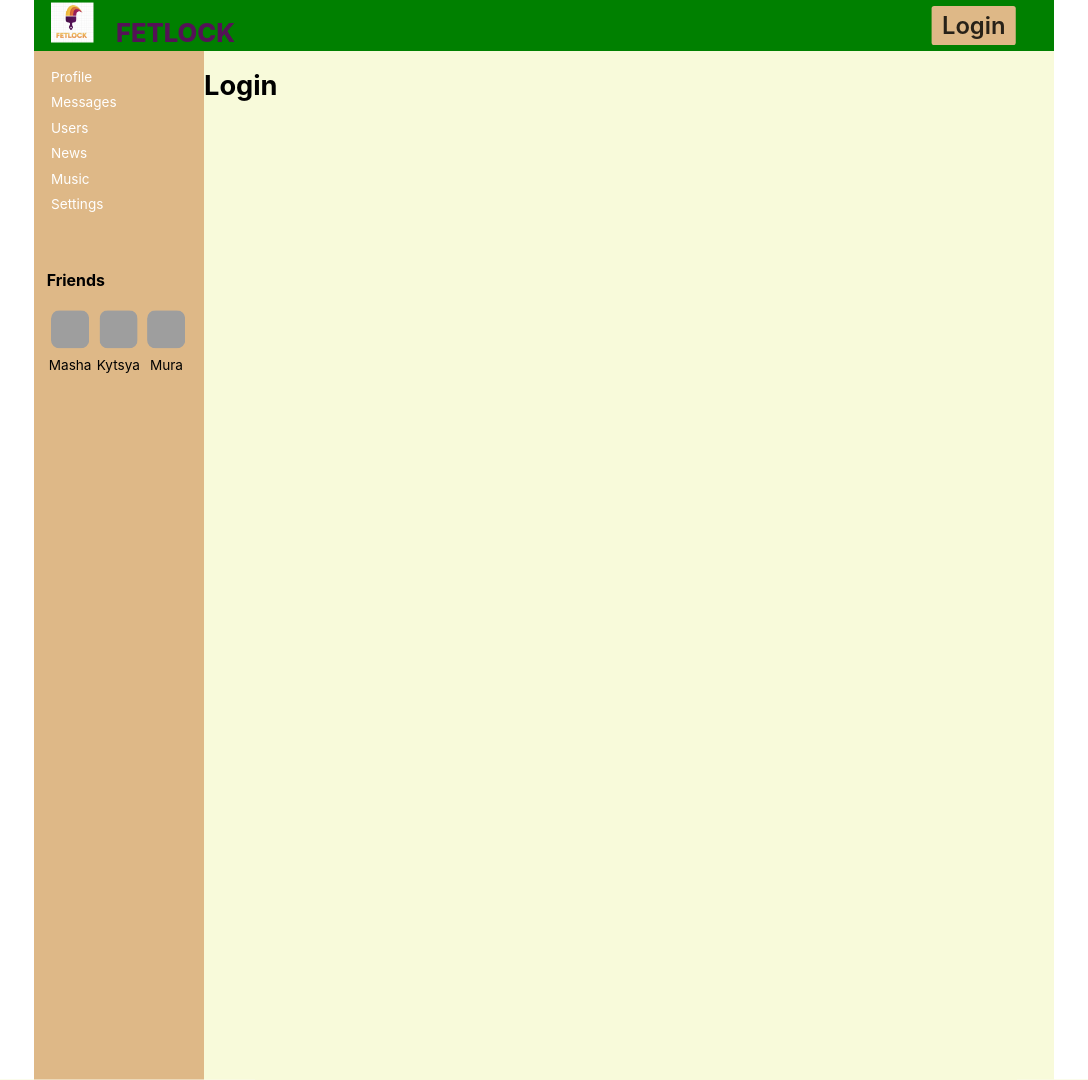
Repository: tetianatsymbal/react-way-of-samurai
Page: /dialogs
These files come from the project's save history. The page is drawn as it stood at one moment and after the next save; the edit follows.
The browser window is 1280 px wide. The pictures show the whole page, at 85% of full size.
Pictures or frames that could not be fetched are drawn as grey boxes. The page's requests for data from a server got no answer. The project was rebuilt for these pictures with package versions that can differ from the ones it lists, and the page was loaded fresh each time. No one was signed in, and anything a server would have sent is missing. Also part of the build but not shown: src/hoc/withAuthRedirect.js, src/components/Dialogs/Dialogs.module.css, src/components/Dialogs/DialogItem/DialogItem.module.css, src/components/Dialogs/DialogItem/DialogItem.jsx, src/components/Dialogs/Message/Message.module.css, src/components/Dialogs/Message/Message.jsx, src/components/Music/Music.jsx, src/components/News/News.module.css and 16 more.

Above is the page before, as saved 2022-08-13 23:37:08.

### src/index.js
import * as serviceWorker from "./serviceWorker";
import store from "./redux/redux-store";
import React from "react";
import ReactDOM from "react-dom";
import "./index.css";
import App from "./App";
import { BrowserRouter } from "react-router-dom";
import { Provider } from "react-redux";

ReactDOM.render(
  <BrowserRouter>
    <Provider store={store}>
      <App/>
    </Provider>
  </BrowserRouter>,
  document.getElementById("root")
);

// If you want your app to work offline and load faster, you can change
// unregister() to register() below. Note this comes with some pitfalls.
// Learn more about service workers: http://bit.ly/CRA-PWA
serviceWorker.unregister();

### src/redux/redux-store.js
import { applyMiddleware, combineReducers, legacy_createStore as createStore } from "redux";
import profileReducer from "./profile-reducer";
import dialogsReducer from "./dialogs-reducer";
import sidebarReducer from "./sidebar-reducer";
import usersReducer from "./users-reducer";
import authReducer from "./auth-reducer";
import thunkMiddleware from "redux-thunk";

let reducers = combineReducers({
   profilePage: profileReducer,
   dialogsPage: dialogsReducer,
   sidebar: sidebarReducer,
   usersPage: usersReducer,
   auth: authReducer,
});
let store = createStore(reducers, applyMiddleware(thunkMiddleware));

window.store =store;

export default store;

### src/App.js
import React from "react";
import "./App.css";
import DialogsContainer from "./components/Dialogs/DialogsContainer";
import HeaderContainer from "./components/Header/HeaderContainer";
import Music from "./components/Music/Music";
import Navbar from "./components/Navbar/Navbar";
import News from "./components/News/News";
import Settings from "./components/Settings/Settings";
import SidebarContainer from "./components/Sidebar/SidebarContainer";
import UsersContainer from "./components/Users/UsersContainer";
import { Route, Routes } from "react-router-dom";
import ProfileContainer from "./components/Profile/ProfileContainer";
import LoginPage from "./components/Login/Login";

const App = (props) => {
  return (
    <div className="app-wrapper">
      <HeaderContainer />
      <Navbar />
      <SidebarContainer/>
      <div className="app-wrapper-content">
        <Routes>
          <Route
            path="/dialogs/*"
            element={<DialogsContainer />} />
          <Route
            path="/profile"
            element={<ProfileContainer key={1} />} exact/>
          <Route
            path="/profile/:userId"
            element={<ProfileContainer key={2} />} />
          <Route path="/users/*" element={<UsersContainer />} />
          <Route path="/login/*" element={<LoginPage />} />
          <Route path="/news/*" element={<News />} />
          <Route path="/music/*" element={<Music />} />
          <Route path="/settings/*" element={<Settings />} />

        </Routes>
      </div>
    </div>
  );
};

export default App;

### src/redux/profile-reducer.js
import {profileAPI, usersAPI} from '../api/api';

const ADD_POST = "ADD-POST";
const UPDATE_NEW_POST_TEXT = "UPDATE-NEW-POST-TEXT";
const SET_USER_PROFILE = "SET_USER_PROFILE";
const SET_STATUS = "SET_STATUS";

let initialState = {
  posts: [
    { id: 1, message: "Hi! How are you?", likeCount: 12 },
    { id: 2, message: "Hello! It's my first post!", likeCount: 7 },
    { id: 3, message: "Hi! Have a good day!!!", likeCount: 23 },
    { id: 4, message: "Have a good day!!!", likeCount: 190 },
  ],
  newPostText: "",
  profile: null,
  status: "",
};


const profileReducer = (state = initialState, action) => {
  switch (action.type) {
    case ADD_POST:{
      let newPost = {
        id: 5,
        message: state.newPostText,
        likeCount: 0,
      };
      return {
        ...state,
        posts: [...state.posts, newPost],
        newPostText: ""
      };
    }
    case UPDATE_NEW_POST_TEXT:{
      return {
        ...state,
        newPostText: action.newText,
      };
    }
    case SET_STATUS:{
      return {
        ...state,
        status: action.status,
      };
    }
    case SET_USER_PROFILE:{
      return {
        ...state,
        profile: action.profile,
      };
    }


    default:
      return state;
  }
};

export const addPostActionCreator = () => ({type: ADD_POST});
export const setUserProfile = (profile) => ({type: SET_USER_PROFILE, profile});
export const setStatus = (status) => ({type: SET_STATUS, status});

export const getUserProfileThunk = (userId) => {
  return (dispatch) => {
    usersAPI.getProfile(userId)
    .then(response => {
      dispatch(setUserProfile(response.data));
    });
  }
};

export const getStatusThunk = (userId) => (dispatch) => {
  profileAPI.getStatus(userId)
  .then(response => {
    dispatch(setStatus(response.data))
  });
}
export const updateStatusThunk = (status) => (dispatch) => {
  profileAPI.updateStatus(status)
  .then(response => {
    if(response.data.resultCode === 0) {
      dispatch(setStatus(status))
    }
  });
}

export const updateNewPostTextActionCreator = (text) => ({type: UPDATE_NEW_POST_TEXT, newText: text});

export default profileReducer;

### src/redux/dialogs-reducer.js
const SEND_MESSAGE = "SEND-MESSAGE";
const UPDATE_NEW_MESSAGE_TEXT = "UPDATE-NEW-MESSAGE-TEXT";

let initialState = {
  messages: [
    { id: 1, message: "Do you like React?" },
    { id: 2, message: "Everything will be ok!" },
    { id: 3, message: "Hi here! It's new opportunity for you!" },
    { id: 4, message: "Hi! It's for you!" },
  ],
  newMessageText: "",
  dialogs: [
    { id: 1, name: "Tanya" },
    { id: 2, name: "Olezhychka" },
    { id: 3, name: "Kytsya" },
    { id: 4, name: "Mura" },
  ]
}
const dialogsReducer = (state = initialState, action) => {
  switch (action.type) {
    case UPDATE_NEW_MESSAGE_TEXT:
      return {
        ...state,
        newMessageText: action.newMsgText,
      };
    case SEND_MESSAGE:
      return {
        ...state,
        newMessageText: "",
        messages: [...state.messages, {id: 6, message: state.newMessageText}]
      };

    default:
      return state;
  }
};

export const sendMessageActionCreator = () => ({type: SEND_MESSAGE});
export const updateNewMessageTextActionCreator = (text) => ({type: UPDATE_NEW_MESSAGE_TEXT, newMsgText: text});

export default dialogsReducer;

### src/redux/sidebar-reducer.js
let initialState = {
  friends: [
    {
      id: 1,
      name: "Masha",
      src:
        "https://i.pinimg.com/564x/69/f7/50/69f7503539aa89c9c116e9ae1b240b57.jpg",
    },
    {
      id: 2,
      name: "Kytsya",
      src:
        "https://i.pinimg.com/564x/10/5e/af/105eaf02df542edc165dca355862c08b.jpg",
    },
    {
      id: 3,
      name: "Mura",
      src:
        "https://i.pinimg.com/564x/a7/8c/b8/a78cb811d0a73b880364de2886ad41c6.jpg",
    }
  ]
};
const sidebarReducer = (state = initialState, action) => {
  return state;
};
export default sidebarReducer;

### src/redux/users-reducer.js

import { usersAPI } from "../../src/api/api"


const FOLLOW = "FOLLOW";
const UNFOLLOW = "UNFOLLOW";
const SET_USERS = "SET_USERS";
const SET_CURRENT_PAGE = "SET_CURRENT_PAGE";
const SET_TOTAL_USERS_COUNT = "SET_TOTAL_USERS_COUNT";
const TOGGLE_IS_FETCHING = "TOGGLE_IS_FETCHING";
const TOGGLE_IS_FOLLOWING_PROGRESS = "TOGGLE_IS_FOLLOWING_PROGRESS";

let initialState = {
  users: [],
  pageSize: 20,
  totalUsersCount: 0,
  currentPage: 1,
  isFetching: false,
  followingInProgress: [],
};

// [
//   {
//     id: 1,
//     photoUrl:
//       "https://i.pinimg.com/originals/bf/73/8c/bf738c570e0d7ce3ad106dc15e70e06d.jpg",
//     followed: false,
//     fullName: "Tanuysha",
//     status: "Hi, I like theatre",
//     location: { city: "Kyiv", country: "UKRAINE" },
//   },
//   {
//     id: 2,
//     photoUrl:
//       "https://i.pinimg.com/564x/c7/4a/fe/c74afe7a1b5c13e4556749b17073fb25.jpg",
//     followed: true,
//     fullName: "Olezhyk",
//     status: "I'm boss",
//     location: { city: "Lviv", country: "UKRAINE" },
//   },
//   {
//     id: 3,
//     photoUrl:
//       "https://i.pinimg.com/originals/e2/c6/bf/e2c6bfb39721fddd6532592b93e06339.jpg",
//     followed: true,
//     fullName: "Frederic",
//     status: "Hi! How are you?",
//     location: { city: "New york", country: "USA" },
//   },
//   {
//     id: 4,
//     photoUrl:
//       "https://i.pinimg.com/564x/bc/9a/bb/bc9abb9b02de1313b2a5377b3fe408cc.jpg",
//     followed: false,
//     fullName: "Philip",
//     status: "Hi! How are you?",
//     location: { city: "Porto", country: "Portugal" },
//   },

// ]

const usersReducer = (state = initialState, action) => {
  switch (action.type) {
    case FOLLOW:
      return {
        ...state,
        users: state.users.map((u) => {
          if (u.id === action.userID) {
            return { ...u, followed: true };
          }
          return u;
        }),
      };

    case UNFOLLOW:
      return {
        ...state,
        users: state.users.map((u) => {
          if (u.id === action.userID) {
            return { ...u, followed: false };
          }
          return u;
        }),
      };
    case SET_USERS:
      return {
        ...state,
        users: action.users,
      };
    case SET_CURRENT_PAGE:
      return {
        ...state,
        currentPage: action.currentPage,
      };
    case SET_TOTAL_USERS_COUNT:
      return {
        ...state,
        totalUsersCount: action.count,
      };
    case TOGGLE_IS_FETCHING:
      return {
        ...state,
        isFetching: action.isFetching,
      };
    case TOGGLE_IS_FOLLOWING_PROGRESS:
      return {
        ...state,
        followingInProgress: action.isFetching
          ? [...state.followingInProgress, action.userId]
          : state.followingInProgress.filter(id => id != action.userId)
      };

    default:
      return state;
  }
};

export const followSuccess = (userID) => ({ type: FOLLOW, userID });
export const unFollowSuccess = (userID) => ({ type: UNFOLLOW, userID });
export const setUsers = (users) => ({ type: SET_USERS, users });
export const setCurrentPage = (currentPage) => ({
  type: SET_CURRENT_PAGE,
  currentPage,
});
export const setTotalUsersCount = (totalUsersCount) => ({type: SET_TOTAL_USERS_COUNT, count: totalUsersCount});
export const toggleIsFetching = (isFetching) => ({type: TOGGLE_IS_FETCHING, isFetching});
export const toggleFollowingProgress = (isFetching, userId) => ({type: TOGGLE_IS_FOLLOWING_PROGRESS, isFetching, userId});


export const getUsers=(currentPage, pageSize) => {
  return (dispatch) => {
    dispatch(toggleIsFetching(true));

    usersAPI.getUsers(currentPage, pageSize)
    .then(data => {
      dispatch(toggleIsFetching(false));
      dispatch(setUsers(data.items));
      dispatch(setTotalUsersCount(data.totalCount));
      dispatch(setCurrentPage(currentPage));
      }
    );
  }
};

export const follow = (userId) => {
  return (dispatch) => {

    dispatch(toggleFollowingProgress(true, userId));
    usersAPI.doFollowing(userId)
    .then(data => {
        if (data.resultCode === 0) {
          dispatch(followSuccess(userId));
        }
        dispatch(toggleFollowingProgress(false, userId));
    });
  }
};

export const unFollow = (userId) => {
  return (dispatch) => {

    dispatch(toggleFollowingProgress(true, userId));
    usersAPI.deleteFollowing(userId)
    .then(data => {
        if (data.resultCode === 0) {
          dispatch(unFollowSuccess(userId));
        }
        dispatch(toggleFollowingProgress(false, userId));
    });
  }
};

// export const getAuth = () => {
//   return (dispatch) => {
//     usersAPI.getAuth()
//     .then(data => {
//       if (data.resultCode === 0) {
//         let {id, email, login} = data.data;
//         dispatch(setAuthUserData(id, email, login));
//       }
//     });
//   }
// };


export default usersReducer;

### src/redux/auth-reducer.js
import { authAPI } from "../../src/api/api"

const SET_USER_DATA = "ADD-SET_USER_DATA";

let initialState = {
  id: null,
  email: null,
  login: null,
  isAuth: false
  // isFetching: false,
};


const authReducer = (state = initialState, action) => {
  switch (action.type) {
    case SET_USER_DATA:{
      return {
        ...state,
        ...action.data,
        isAuth: true,
      }
    }



    default:
      return state;
  }
};

export const setAuthUserData = (id, email, login) => ({type: SET_USER_DATA, data: {id, email, login}});

export const getAuthThunk = () => {
  return (dispatch) => {
    authAPI.getAuth()
    .then(data => {
        if (data.resultCode === 0) {
            let {id, email, login} = data.data;
            dispatch(setAuthUserData(id, email, login));
        }
    });
  }
};



export default authReducer;

### src/App.css
.app-wrapper {
  margin: 0 auto;
  display: grid;
  width: 1200px;
  grid-template-areas:
  "h h"
  "n c"
  "s c";

   grid-template-rows: 60px 2fr 9fr;
    grid-template-columns: 2fr 10fr;
    /* grid-gap: 10px; */

}
.nav {
  grid-area: n;
  background-color: burlywood;
}
.app-wrapper-content {
  grid-area: c;
  background-color: rgb(248, 250, 218);
}
.sidebar {
  grid-area: s;
}

### src/components/Dialogs/DialogsContainer.jsx
import React from 'react';
import { connect } from "react-redux";
import { compose } from 'redux';
import { withAuthRedirect } from "../../hoc/withAuthRedirect";
import {sendMessageActionCreator, updateNewMessageTextActionCreator} from "../../redux/dialogs-reducer";
import Dialogs from "./Dialogs";

let mapStateToProps = (state) => {
  return {
    dialogsPage: state.dialogsPage
  }
}

let mapDispatchToProps = (dispatch) => {
  return {
    updateNewMessageText: (text) => {
      dispatch(updateNewMessageTextActionCreator(text));
    },
    sendMessage: () => {
      dispatch(sendMessageActionCreator());
    }
  }
}

// let AuthRedirectComponent = withAuthRedirect(Dialogs);

// const DialogsContainer = connect(mapStateToProps, mapDispatchToProps)(AuthRedirectComponent);

export default compose(
  connect(mapStateToProps, mapDispatchToProps),
  // withAuthRedirect
)(Dialogs);;

### src/components/Header/HeaderContainer.jsx
import React from 'react';
import Header from './Header';
import { connect } from 'react-redux';
import { getAuthThunk } from '../../redux/auth-reducer';


class HeaderContainer extends React.Component {

    componentDidMount(){
        this.props.getAuthThunk();

    }
    render() {
        return <Header {...this.props}/>
    }
}

const mapStateToProps = (state) => {
    return {
        isAuth: state.auth.isAuth,
        login: state.auth.login
    }
};

export default connect(mapStateToProps, {getAuthThunk})(HeaderContainer);

### src/components/Navbar/Navbar.jsx
import React from 'react';
import s from './Navbar.module.css';
import { NavLink } from 'react-router-dom';

const Navbar = () => {
    return <nav className={s.nav}>
        <div className={s.item}>
            <NavLink to="/profile" className = { navData => navData.isActive ? s.active : s.item }>Profile</NavLink>
        </div>
        <div className={`${s.item} ${s.active}`}>
            <NavLink to="/dialogs" className = { navData => navData.isActive ? s.active : s.item }>Messages</NavLink>
        </div>
        <div className={s.item}>
            <NavLink to="/users" className = { usersData => usersData.isActive ? s.active : s.item }>Users</NavLink>
        </div>
        <div className={s.item}>
            <NavLink to="/news" className = { navData => navData.isActive ? s.active : s.item }>News</NavLink>
        </div>
        <div className={s.item}>
            <NavLink to="/music" className = { navData => navData.isActive ? s.active : s.item }>Music</NavLink>
        </div>
        <div className={s.item}>
            <NavLink to="/settings" className = { navData => navData.isActive ? s.active : s.item }>Settings</NavLink>
        </div>
    </nav>
}

export default Navbar;

### src/components/Sidebar/SidebarContainer.jsx
import {connect} from "react-redux";
import Sidebar from "./Sidebar"

const mapStateToProps = (state) => {
  return {
    sidebar: state.sidebar,
  }
};
// const mapDispatchToProps = (dispatch) => {
//   return {
//     null
//   }
// };

const SidebarContainer = connect(mapStateToProps, null)(Sidebar)

export default SidebarContainer;

### src/components/Login/Login.jsx
import React from 'react';

const Login = (props) => {
 return ( <div>
  <h1>Login</h1>
 </div>

 )
}
export default Login;

### src/api/api.js
import * as axios from "axios";

const axiosInstance = axios.create({
  baseURL: `https://social-network.samuraijs.com/api/1.0/`,
  withCredentials: true,
  headers: { "API-KEY": "8ac57bdd-335d-4484-97e6-aa82dc13f9bd" },
});

export const usersAPI = {
  getUsers(currentPage, pageSize) {
   return (
    axiosInstance.get(`users?page=${currentPage}&count=${pageSize}`)
     .then (response => response.data)
   );
  },
  deleteFollowing(userId) {
    return (
     axiosInstance.delete(`follow/${userId}`)
     .then (response => response.data)
    );
  },
  doFollowing(userId) {
    return (
     axiosInstance.post(`follow/${userId}`, {})
     .then (response => response.data)
    );
  },

  getProfile(userId) {
    console.warn("Obsolete method. Please use authAPI object");
    return profileAPI.getProfile(userId);
   },
};

export const profileAPI = {
  getProfile(userId) {
    return (
      axiosInstance.get(`profile/` + userId)
    );
  },
  getStatus(userId){
    return(
      axiosInstance.get(`profile/status/` + userId)
    );
  },
  updateStatus(status){
    return(
      axiosInstance.put(`profile/status`, {status: status})
    );
  },
};


export const authAPI = {
  getAuth() {
    return (
     axiosInstance.get(`auth/me`)
     .then (response => response.data)
    );
  }
}

### src/components/Dialogs/Dialogs.jsx
import React from "react";
import {Navigate} from "react-router-dom";
import s from "./Dialogs.module.css";
import DialogItem from "./DialogItem/DialogItem";
import Message from "./Message/Message";


const Dialogs = (props) => {
  let dialogElements = props.dialogsPage.dialogs.map((d) => (
    <DialogItem name={d.name} key={d.id} id={d.id} />
  ));
  let messagesElements = props.dialogsPage.messages.map((m) => (
    <Message text={m.message} key={m.id}/>
  ));

  // let newMessageElement = React.createRef();
  let sendMessage = () => {
    props.sendMessage();
  }

  let onMessageChange = (e) => {
    let text = e.target.value;
    props.updateNewMessageText(text);
  }

  if (!props.isAuth) {
  return <Navigate to={"/login/"}></Navigate>
  }

  return (
    <div className={s.dialogs}>
      <div className={s.dialogItems}>{dialogElements}</div>
      <div className={s.messages}>{messagesElements}</div>
      <div className={s.sendingBlock}>
        <div>
          <textarea className={s.textarea} onChange={onMessageChange} value={props.dialogsPage.newMessageText}/>
        </div>
        <div>
          <button className={s.sendMessageBtn} onClick={sendMessage}>
          ↑
          </button>
        </div>
      </div>
    </div>
  );
};

export default Dialogs;

### src/components/Header/Header.jsx
import React from "react";
import { NavLink } from "react-router-dom";
import s from "./Header.module.css";
import logo from "../../assets/logo.jpg";

const Header = (props) => {
  return (
    <header className={s.header}>
      <div className={s.label}>
        <img src={logo} />
        <span className={s.socialName}> FETLOCK </span>
      </div>
      <div className={s.loginBlock}>
        {props.isAuth ? props.login : <NavLink to={"/login"}>Login</NavLink>}

      </div>
    </header>
  );
};

export default Header;

### src/components/Navbar/Navbar.module.css

.nav {
  grid-area: n;
  background-color: burlywood;
  padding: 20px;
}
.item {
  color: white;
  text-decoration: none;
  margin-bottom: 10px;
}
.active {
  color: green;
  text-decoration: none;
}

### src/components/Sidebar/Sidebar.jsx
import React from "react";
import s from "./Sidebar.module.css";
import { NavLink } from "react-router-dom";

const Sidebar = (props) => {
  let path = "/dialogs/" + props.sidebar.friends.id;
  let friendsElements = props.sidebar.friends.map((f) => (
    <NavLink to={path}>
      <div className={s.friend}>
        <div>
          <img className={s.friendImg} src={f.src} />
        </div>
        <div>{f.name}</div>
      </div>
    </NavLink>
  ));

  return (
    <div className={s.sidebar}>
      <h3>Friends</h3>
      <div className={s.friends}>
        {friendsElements}
        <div />
      </div>
    </div>
  );
};

export default Sidebar;

### src/components/Header/Header.module.css
.header {
  grid-area: h;
  background-color: green;
  display: flex;
  justify-content: space-between;
  align-items: center;
}
.header img {
  width: 50px;
  margin: 0 20px;
}
.socialName{
  color: #541256;
  font-size: 30px;
  font-weight: 800;
  text-transform: uppercase;
  text-align: center;
}
.loginBlock {
  align-items: center;
  margin-right: 45px;
  color: blanchedalmond;
  font-size: 28px;
  font-weight: 600;
}
.loginBlock a {
  background-color: burlywood;
  color: #272118;
  border-radius: 3px;
  text-decoration: none;
  padding: 6px 12px;
  text-transform: all 500ms ease;
}
.loginBlock:hover a {
  background-color: #dba058;
}

### src/components/Sidebar/Sidebar.module.css
.sidebar {
  background-color: burlywood;
  padding: 20px 15px;
}
.friends {
 display: flex;
 flex-direction: row;
 justify-content: space-between;
}
.friends a {
  display: block;
  align-items: center;
  text-align: center;
  text-decoration: none;
  color: black;
}
.friendImg{
  width: 45px;
  height: 45px;
  border-radius: 10px;
  margin: 5px;
}
.friend {
}

Loaded but not shown: public/index.html (common file); src/serviceWorker.js (common file); src/index.css (common file); src/components/Music/Music.module.css (no stored copy; drawn as an empty file); src/components/Profile/Profile.module.css (no stored copy; drawn as an empty file); src/components/Settings/Settings.module.css (no stored copy; drawn as an empty file)

After the next save:
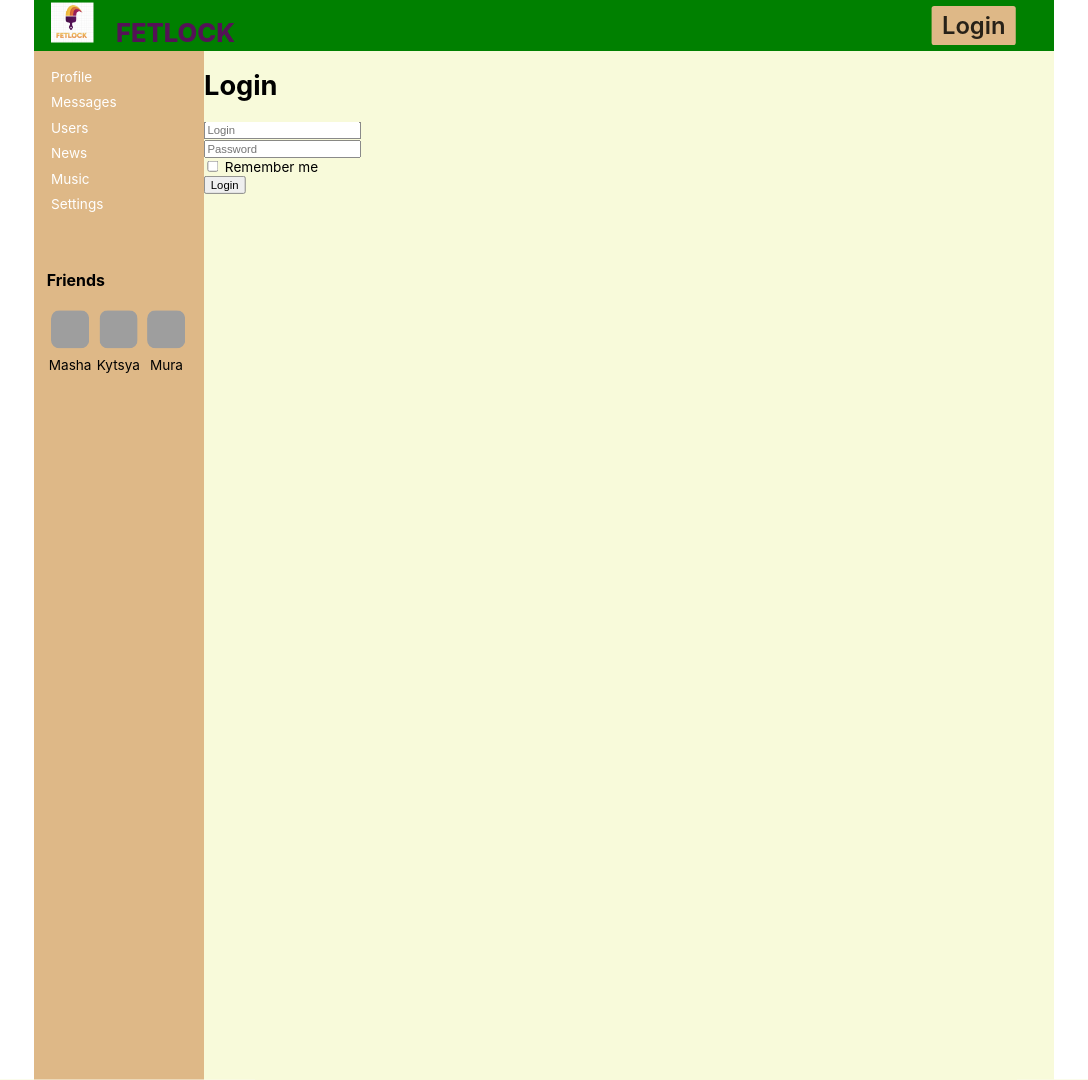
Saved 2 days later.
--- a/src/components/Login/Login.jsx
+++ b/src/components/Login/Login.jsx
@@ -1,10 +1,31 @@
-import React from 'react';
+import React from "react";
+
+const LoginForm = (props) => {
+  return (
+   <form action="">
+      <div>
+         <input placeholder={"Login"} type="text" />
+      </div>
+      <div>
+         <input placeholder={"Password"} type="text" />
+      </div>
+      <div>
+         <input type={"checkbox"} /> <span>Remember me</span>
+      </div>
+      <div>
+         <button>Login</button>
+      </div>
+   </form>
+
+  );
+};
 
 const Login = (props) => {
- return ( <div>
-  <h1>Login</h1>
- </div>
-
- )
-}
+   return (
+     <div>
+       <h1>Login</h1>
+      <LoginForm />
+     </div>
+   );
+ };
 export default Login;
